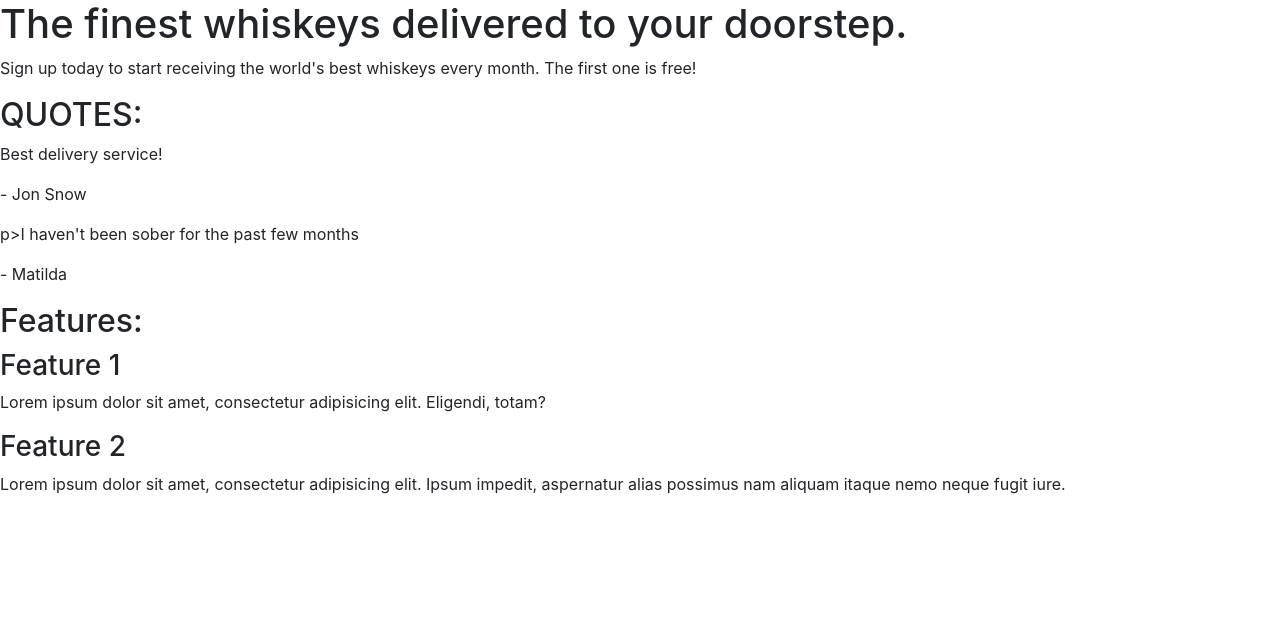
Repository: mkuti/Whiskey_website_using_Bootstrap
Page: index.html
The author's editor kept a record of every edit. The page is drawn from the files as they stood at one moment, then again after the next edit.
The browser window is 1280 px wide. The pictures show the whole page.

Above is the page before.
Console error: TypeError: Cannot read properties of undefined (reading 'fn')

After the next edit:
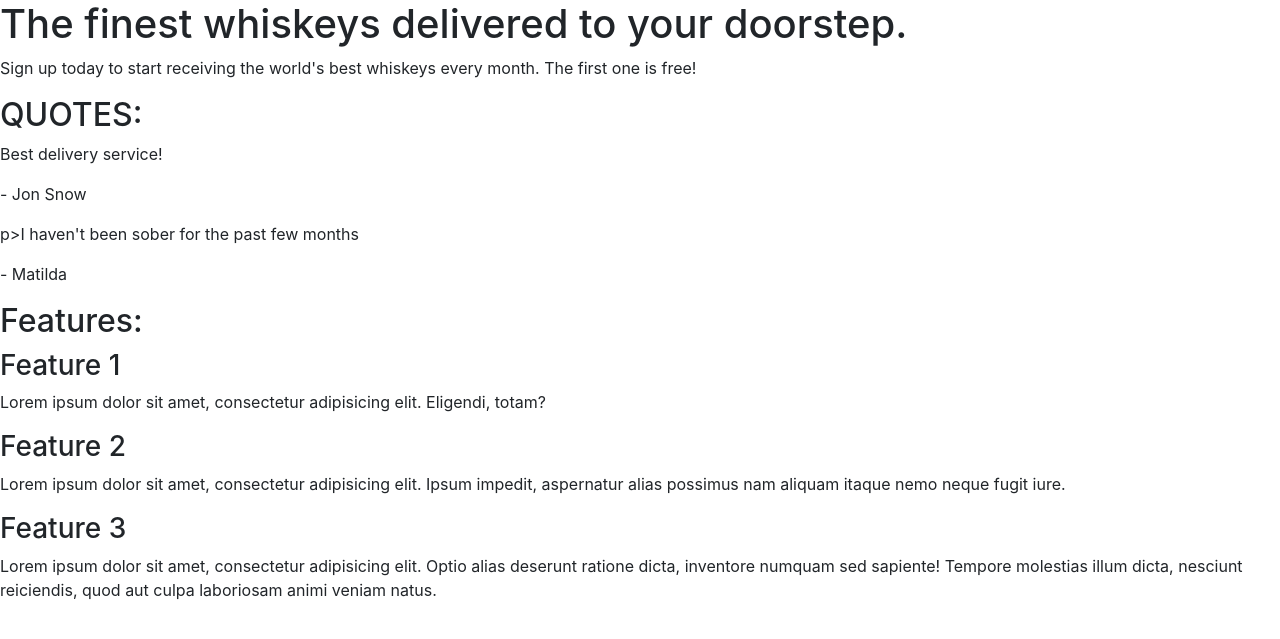
The edit:
--- a/index.html
+++ b/index.html
@@ -43,6 +43,11 @@
                 <h3>Feature 2</h3>
                 <p>Lorem ipsum dolor sit amet, consectetur adipisicing elit. Ipsum impedit, aspernatur alias possimus nam aliquam itaque nemo neque fugit iure.</p>
             </div>
+
+           <div class="feature">
+               <h3>Feature 3</h3>
+               <p>Lorem ipsum dolor sit amet, consectetur adipisicing elit. Optio alias deserunt ratione dicta, inventore numquam sed sapiente! Tempore molestias illum dicta, nesciunt reiciendis, quod aut culpa laboriosam animi veniam natus.</p>
+           </div>
         </section>
 
     </article>
